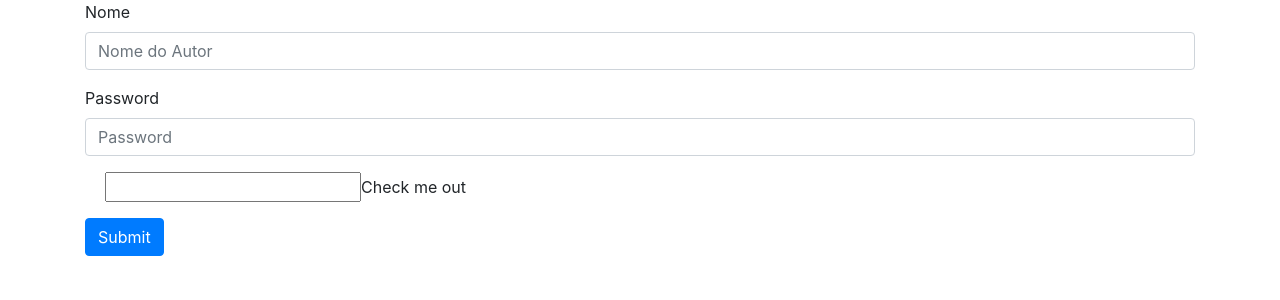
Repository: wellersonfc/simple-crud-react
Page: /
The author's editor kept a copy of each file at every save. The page is drawn from the files as they stood at one save, then again after the next save.
The browser window is 1280 px wide. The pictures show the whole page.
The project was rebuilt for these pictures with package versions that can differ from the ones it lists, and the page was loaded fresh each time.

Above is the page before, as saved 2019-09-22 15:24:38.

### src/App.js
import React from 'react';
import logo from './logo.svg';
import 'bootstrap/dist/css/bootstrap.min.css';
function App() {
  return (
    <div className="App">
      <div className="container">
        <div className="form-autor">
          <form>
            <div class="form-group">
              <label for="exampleInputEmail1">Nome</label>
              <input id="nome" class="form-control" type="text" name="nome" value=""  placeholder="Nome do Autor"/>
            </div>
            <div class="form-group">
              <label for="exampleInputPassword1">Password</label>
              <input type="password" class="form-control" id="exampleInputPassword1" placeholder="Password"/>
            </div>
            <div class="form-group form-check">
            <input id="email" type="email" name="email" value=""  />
              <label class="form-check-label" for="exampleCheck1">Check me out</label>
            </div>
            <button type="submit" class="btn btn-primary">Submit</button>
        </form>
        </div>
      </div>
    </div>
  );
}

export default App;

Loaded but not shown: public/index.html (common file); src/index.js (common file); src/index.css (common file); src/serviceWorker.js (common file)

After the next save:
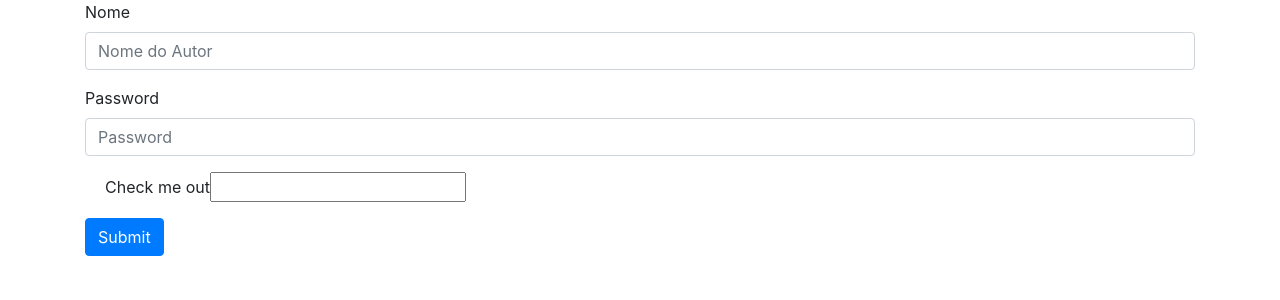
Saved 11 s later.
--- a/src/App.js
+++ b/src/App.js
@@ -16,8 +16,8 @@ function App() {
               <input type="password" class="form-control" id="exampleInputPassword1" placeholder="Password"/>
             </div>
             <div class="form-group form-check">
-            <input id="email" type="email" name="email" value=""  />
-              <label class="form-check-label" for="exampleCheck1">Check me out</label>
+            <label class="form-check-label" for="exampleCheck1">Check me out</label>
+              <input id="email" type="email" name="email" value=""  />
             </div>
             <button type="submit" class="btn btn-primary">Submit</button>
         </form>
